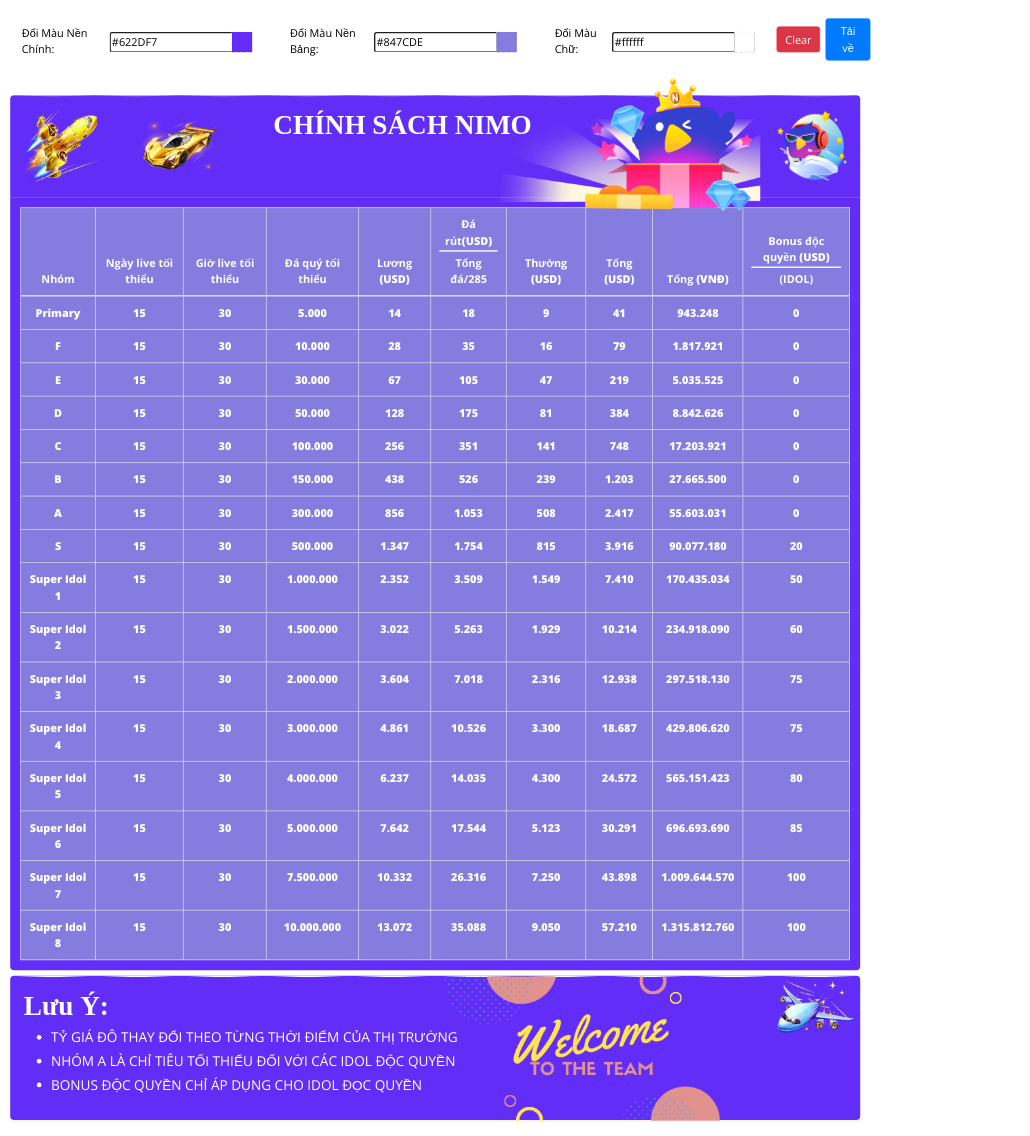
Repository: dav1601/nimo-work
Page: http://localhost/
These files come from the project's save history. The page is drawn as it stood at one moment and after the next save; the edit follows.
The browser window is 1280 px wide. The page is 1515 px wide, then 1280 px, then 1515 px, so the pictures cover 1515 px, including what lies to the right of the window. The pictures show the whole page, at 68% of full size.
The page is run by PHP 8.4 with error messages shown; the project is at /var/www/html/.

Above is the page before, as saved 2022-04-15 15:38:49.

After the next save:
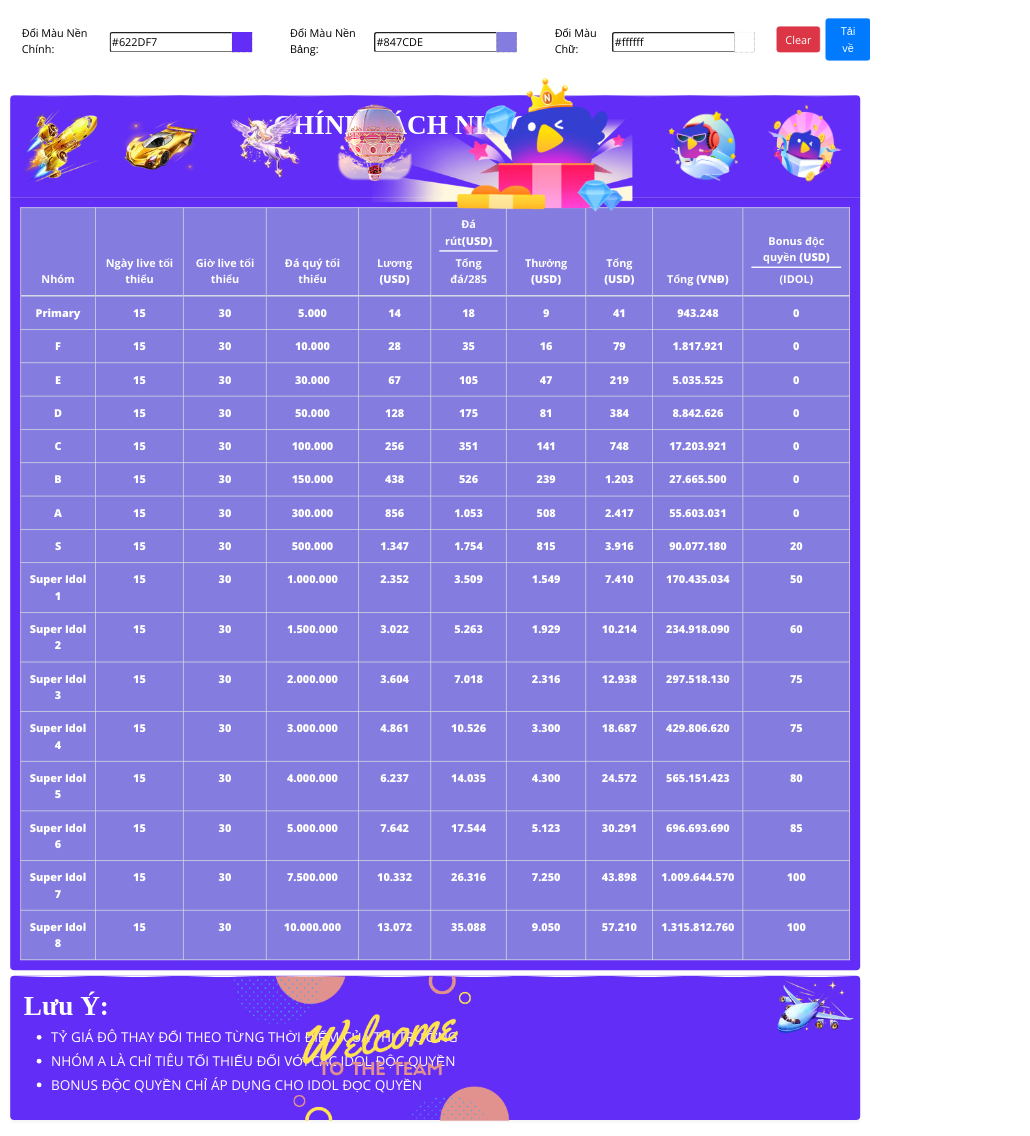
Saved 4 s later.
--- a/index.php
+++ b/index.php
@@ -211,6 +211,7 @@
             border-bottom-left-radius: 6px;
             border-bottom-right-radius: 6px;
         }
+        .mna
 
         @media only screen and (max-width: 1366px) {
 

After the 4 saves that followed:
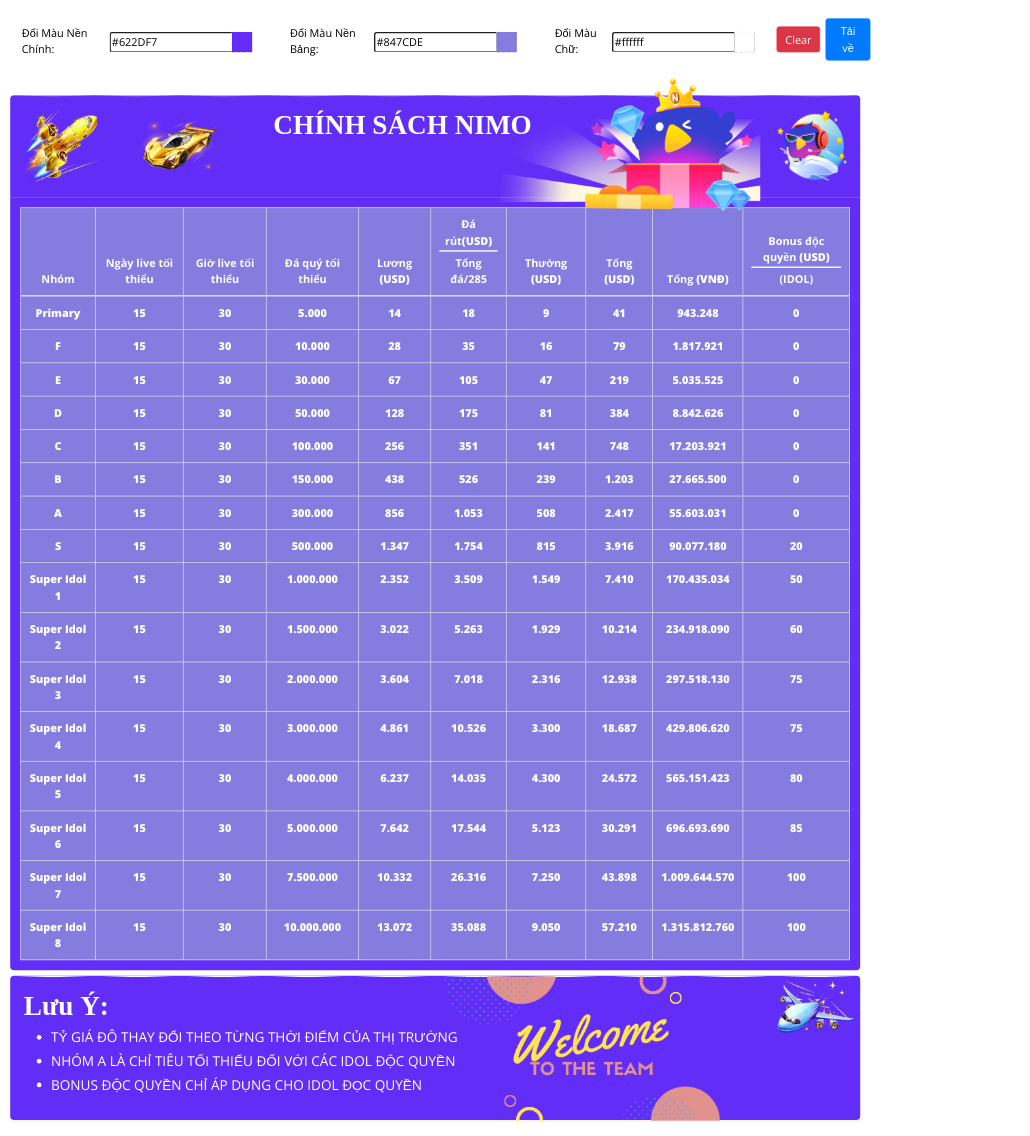
The 4 saves are shown as one change because they came seconds apart.
The last was saved 15 s later.
--- a/index.php
+++ b/index.php
@@ -211,7 +211,10 @@
             border-bottom-left-radius: 6px;
             border-bottom-right-radius: 6px;
         }
-        .mna
+
+        .main-header {
+            margin-top: 2.5rem rem !important;
+        }
 
         @media only screen and (max-width: 1366px) {
 
